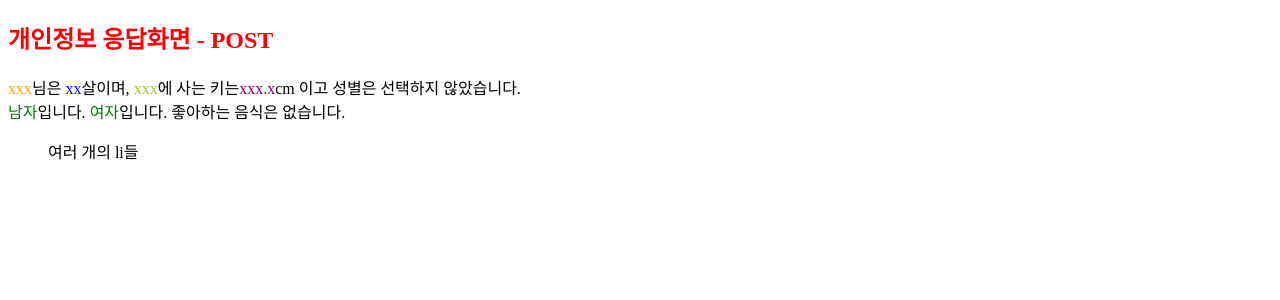
Repository: 1400CP/05_server-workspace1
Page: http://localhost/1_Servlet/views/responsePage.jsp
An editor plug-in stored every save of this project. The page is shown before and after the next save, followed by the edit.
The browser window is 1280 px wide. The pictures show the whole page.
The page is served by Tomcat 9.

Above is the page before, as saved 2025-02-14 05:42:40.

After the next save:
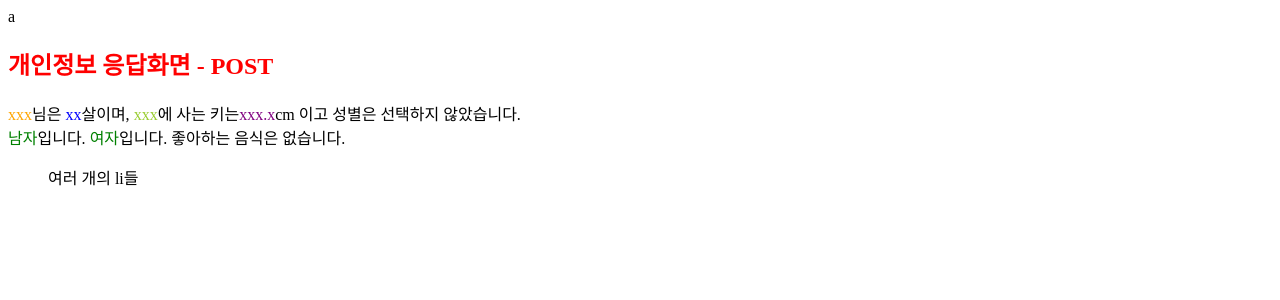
Saved 25 s later.
--- a/1_Servlet/WebContent/views/responsePage.jsp
+++ b/1_Servlet/WebContent/views/responsePage.jsp
@@ -31,9 +31,9 @@
 
 	<%
 		// 스크립틀릿 == html 문서 내에 자바코드를 쓸 수 있는 영역
-		int a = 10;
+		// int a = 10;
 	%>
-
+a
     <h2>개인정보 응답화면 - POST</h2>
 
     <span id="name">xxx</span>님은

After the save that followed:
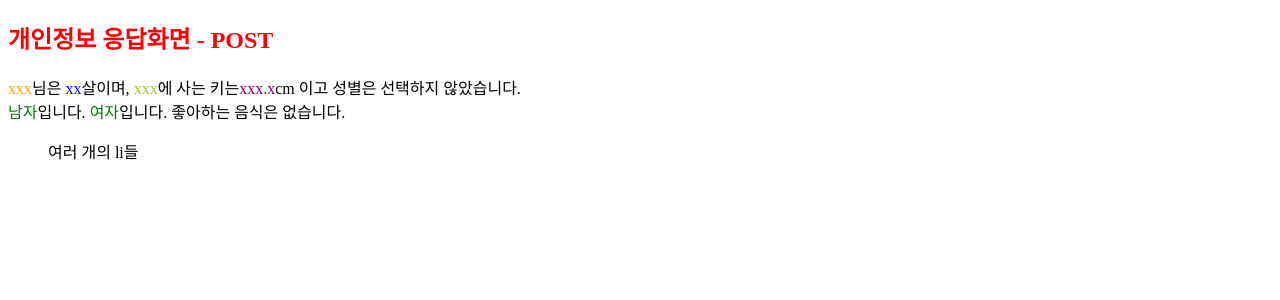
Saved 2 min 14 s later.
--- a/1_Servlet/WebContent/views/responsePage.jsp
+++ b/1_Servlet/WebContent/views/responsePage.jsp
@@ -32,8 +32,13 @@
 	<%
 		// 스크립틀릿 == html 문서 내에 자바코드를 쓸 수 있는 영역
 		// int a = 10;
+
+		// request 영역 안에 attribute 공간에 값을 셋팅했음.
+		// set <-> get
+		// request.getAttribute("키") : 밸류(Object)
+		String name = (String)request.getAttribute("name");
 	%>
-a
+
     <h2>개인정보 응답화면 - POST</h2>
 
     <span id="name">xxx</span>님은
